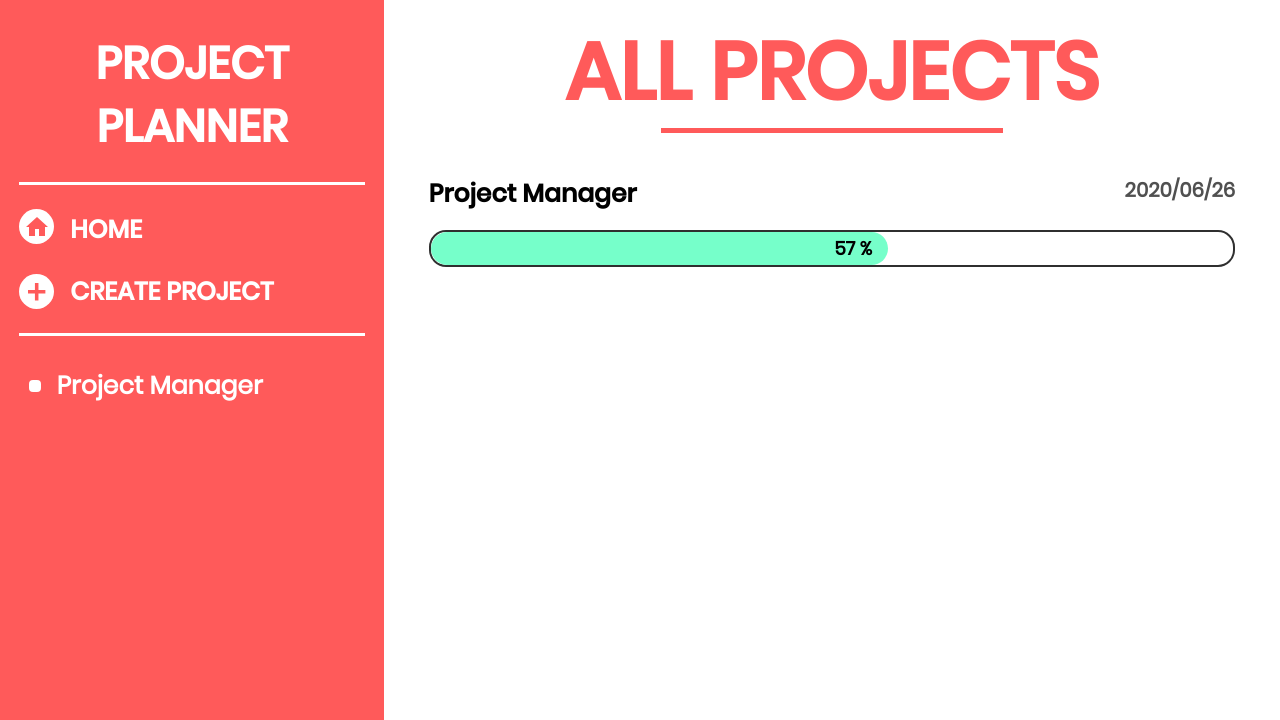
Repository: AzharMoosa/project-manager
Page: /
The author's editor kept a copy of each file at every save. The page is drawn from the files as they stood at one save, then again after the next save.
The browser window is 1280 px wide. The pictures show the whole page.
The project was rebuilt for these pictures with package versions that can differ from the ones it lists, and the page was loaded fresh each time. A package was used in the major version that the imports need, not the one package.json lists. Also part of the build but not shown: src/components/current-project/Task.js, src/components/current-project/CurrentProject.js.

Above is the page before, as saved 2020-06-25 14:17:38.

### public/index.html
<!DOCTYPE html>
<html lang="en">
  <head>
    <meta charset="utf-8" />
    <link rel="icon" href="%PUBLIC_URL%/favicon.ico" />
    <meta name="viewport" content="width=device-width, initial-scale=1" />
    <meta name="theme-color" content="#000000" />
    <meta
      name="description"
      content="Web site created using create-react-app"
    />
    <link rel="apple-touch-icon" href="%PUBLIC_URL%/logo192.png" />

    <link rel="manifest" href="%PUBLIC_URL%/manifest.json" />

    <title>Project Planner</title>
  </head>
  <body>
    <noscript>You need to enable JavaScript to run this app.</noscript>
    <div id="root"></div>
  </body>
</html>

### src/App.js
import React from "react";
import Sidebar from "./components/sidebar/Siebar";
import Main from "./components/Main";
import Modal from "./components/modal/Modal";
import { ProjectProvider } from "./ProjectContext";
import { SelectedProjectProvider } from "./SelectedProjectContext";
import { BrowserRouter } from "react-router-dom";

import "./App.css";

function App() {
  return (
    <BrowserRouter>
      <ProjectProvider>
        <SelectedProjectProvider>
          <div className='container'>
            <Sidebar />
            <Main />
            <Modal />
          </div>
        </SelectedProjectProvider>
      </ProjectProvider>
    </BrowserRouter>
  );
}

export default App;

### src/components/sidebar/Siebar.js
import React from "react";
import Header from "./Header";
import ProjectList from "../project-list/ProjectList";

const Siebar = () => {
  return (
    <div className='sidebar'>
      <Header />
      <ProjectList />
    </div>
  );
};

export default Siebar;

### src/components/Main.js
import React from "react";
import { Switch, Route } from "react-router-dom";
import Home from "./home/Home";
import CurrentProject from "./current-project/CurrentProject";

const Main = () => {
  return (
    <Switch>
      <Route exact path='/' component={Home}></Route>
      <Route exact path='/project' component={CurrentProject}></Route>
    </Switch>
  );
};

export default Main;

### src/components/modal/Modal.js
import React, { useContext, useState } from "react";
import { ProjectContext } from "../../ProjectContext";

const Modal = () => {
  // eslint-disable-next-line
  const [projects, setProjects] = useContext(ProjectContext);
  const [projectTitle, setProjectTitle] = useState("");
  const [projectOverview, setProjectOverview] = useState("");

  const hidePopup = () => {
    let popup = document.querySelector(".create-project-popup");
    popup.classList.add("hide");
  };

  const createProject = (e) => {
    if (projectTitle === "") {
      return;
    }
    e.preventDefault();
    let newProject = {
      name: projectTitle,
      overview: projectOverview,
      tools: [],
      progress: 0,
      tasks: [],
      date: "",
      id: Math.floor(Math.random() * 100),
    };
    setProjects((projects) => [...projects, newProject]);
    setProjectTitle("");
    setProjectOverview("");
    clearTitleInput();
    clearOverviewInput();
    hidePopup();
  };

  const clearTitleInput = () => {
    let titleInput = document.querySelector(".title-input");
    titleInput.value = "";
  };

  const clearOverviewInput = () => {
    let overviewInput = document.querySelector(".overview-input");
    overviewInput.value = "";
  };

  return (
    <div className='create-project-popup hide'>
      <div className='create-project-popup-content'>
        <h1>CREATE PROJECT</h1>
        <form className='form-input'>
          <label htmlFor='title'>PROJECT TITLE</label>
          <input
            type='text'
            onChange={(e) => setProjectTitle(e.target.value)}
            className='title-input'
          />
          <label htmlFor='title'>PROJECT OVERVIEW</label>
          <textarea
            type='text'
            onChange={(e) => setProjectOverview(e.target.value)}
            className='overview-input'
          />
          <button className='create-btn' onClick={createProject}>
            CREATE
          </button>
        </form>
      </div>
    </div>
  );
};

export default Modal;

### src/ProjectContext.js
import React, { useState, createContext } from "react";

export const ProjectContext = createContext();

export const ProjectProvider = (props) => {
  // const [projects, setProjects] = useState(
  //   localStorage.getItem("myValueInLocalStorage") || []
  // );

  const [projects, setProjects] = useState([
    {
      name: "Project Manager",
      overview:
        "A project management application which allows you to plan personal projects and track its progress.  Create detail plans of projects before developing projects.",
      tools: ["HTML", "CSS", "JAVASCRIPT", "REACT"],
      progress: 57,
      tasks: [
        { task: "Create Project Plans", complete: true, id: 1 },
        { task: "Todo List for Each Project", complete: false, id: 2 },
        { task: "Track Progress", complete: true, id: 3 },
        { task: "Priority List", complete: true, id: 4 },
        { task: "Choose Tools In Each Project", complete: false, id: 5 },
        { task: "Clean And Simple Design", complete: true, id: 6 },
        { task: "Use REACT", complete: false, id: 7 },
      ],
      date: "2020-06-26",
      id: 28392,
    },
  ]);

  React.useEffect(() => {
    localStorage.setItem("projects", projects);
  }, [projects]);

  return (
    <ProjectContext.Provider value={[projects, setProjects]}>
      {props.children}
    </ProjectContext.Provider>
  );
};

### src/SelectedProjectContext.js
import React, { useState, createContext } from "react";

export const SelectedProjectContext = createContext();

export const SelectedProjectProvider = (props) => {
  const [selectedProject, setSelectedProject] = useState({
    name: "Error 404",
    overview: "Create a new project by using the button on the left.",
    tools: ["Error 404"],
    progress: 0,
    tasks: [
      {
        task: "Create a new project by using the button on the left.",
        id: 1,
        complete: false,
      },
    ],
    color: "",
    date: "",
    id: 21,
  });

  return (
    <SelectedProjectContext.Provider
      value={[selectedProject, setSelectedProject]}
    >
      {props.children}
    </SelectedProjectContext.Provider>
  );
};

### src/App.css
:root {
  --red: #ff5a5a;
  --green: #76ffca;
  --blue: #76daff;
  --yellow: #fffa76;
  --purple: #ab76ff;
}

/* CSS RESET */

* {
  margin: 0;
  padding: 0;
  box-sizing: border-box;
}

/* Fonts */

@font-face {
  font-family: "Poppins-Med";
  src: url("./fonts/Poppins-Medium.ttf");
}

@font-face {
  font-family: "Poppins-Reg";
  src: url("./fonts/Poppins-Regular.ttf");
}

/* Body */

body {
  font-family: "Poppins-Reg";
  line-height: 1.4;
}

/* Utilities */

/* Bullet Points */

.white:before {
  content: " ";
  height: 12px;
  width: 12px;
  margin-right: 1rem;
  border-radius: 4px;
  background-color: #fff;
}

/* Container */
.container {
  display: flex;
}

/* Sidebar */
.sidebar {
  width: 30vw;
  background-color: var(--red);
  min-height: 100vh;
  color: #fff;
}

.title {
  font-size: 45px;
  font-family: "Poppins-Med";
  text-align: center;
  padding-top: 2rem;
}

.nav-btns::after,
.nav-btns:before {
  content: " ";
  display: block;
  border-bottom: 3px solid #fff;
  width: 100%;
  margin: 1.5rem auto;
}

.nav-btns {
  width: 90%;
  margin: auto;
}

.home-btn,
.create-project-btn {
  display: flex;
  align-items: center;
  margin-top: 1.5rem;
}

.home-btn h3,
.create-project-btn h3 {
  margin-left: 1rem;
  font-family: "Poppins-Med";
  font-size: 25px;
}

.home-btn svg,
.create-project-btn svg {
  cursor: pointer;
}

/* Home */

.home {
  width: 70vw;
  display: flex;
  flex-direction: column;
}

.home-title {
  font-size: 80px;
  font-family: "Poppins-Med";
  color: var(--red);
  text-align: center;
  margin-top: 1rem;
}

.home-title:after {
  content: " ";
  display: block;
  border-bottom: 5px solid var(--red);
  width: 342px;
  margin: 0 auto 1.5rem auto;
}

/* Selected Project */

.selected-project {
  width: 70vw;
  display: flex;
  flex-direction: column;
  padding: 2rem 3rem;
}

.selected-project-head {
  display: flex;
  align-items: center;
  justify-content: space-between;
}

.selected-project-title {
  color: var(--red);
  font-size: 60px;
  font-family: "Poppins-Med";
}

.selected-project h3 {
  font-size: 30px;
  font-family: "Poppins-Med";
  margin-top: 1rem;
}

.selected-project-heading:after,
.tools:before {
  content: " ";
  display: block;
  border-bottom: 1px solid #000;
  padding: 0.5rem 0;
}

.overview {
  color: #4e4e4e;
  font-size: 25px;
  font-family: "Poppins-Reg";
  padding: 0.5rem 0;
  outline: none;
  border: none;
  resize: none;
}

.tools-head {
  display: flex;
  justify-content: space-between;
  align-items: center;
  border-bottom: 1px solid #000;
  padding-bottom: 1rem;
}

.tools-input {
  margin-top: 1rem;
  display: flex;
  justify-content: center;
  align-items: center;
}

.add-tools {
  width: 346px;
  height: 29px;
  background-color: #f8f8f8;
  border: 1px solid #959595;
  border-radius: 15px;
  margin-right: 1rem;
  font-size: 15px;
  outline: none;
  padding: 0 1rem;
}

.add-tool-btn {
  cursor: pointer;
}

.tools-body {
  text-transform: uppercase;
  border-bottom: 1px solid #000;
}

.tools-body h3 {
  font-family: "Poppins-Reg";
  padding-bottom: 1rem;
  color: #4e4e4e;
  font-size: 25px;
}

.tasks-title {
  display: flex;
  align-items: center;
  border-bottom: 1px solid #000;
  padding-bottom: 1rem;
}

.bullet-point {
  border-radius: 50%;
  width: 41px;
  height: 41px;
  border: 3px solid #000;
  cursor: pointer;
  margin-right: 1rem;
}

.complete {
  background: var(--blue);
}

.not-complete {
  background: #fff;
}

.task {
  display: flex;
  justify-content: space-between;
  align-items: center;
}

.task-name {
  width: 100%;
  display: flex;
  align-items: center;
}

.task-name h3 {
  font-size: 25px;
  font-family: "Poppins-Reg";
  margin-bottom: 1rem;
}

.tasks {
  margin: 1rem 0;
}

.delete-task-btn {
  cursor: pointer;
  border-radius: 50%;
  width: 33px;
  height: 33px;
  border: 2px solid #000;
  cursor: pointer;
  background-color: var(--red);
  color: #fff;
  display: flex;
  justify-content: center;
  align-items: center;
}

.add-tasks {
  border-top: 1px solid #000;
  border-bottom: 1px solid #000;
  padding: 1rem 0;
  display: flex;
  align-items: center;
}

.add-tasks input {
  background: transparent;
  font-family: "Poppins-Med";
  border: none;
  font-size: 30px;
  outline: none;
  color: #000;
  margin-left: 1rem;
}

.add-tasks input::placeholder {
  color: #000;
  opacity: 0.7;
}

.add-tasks-btn {
  cursor: pointer;
  outline: none;
}

.date {
  display: flex;
  align-items: center;
  border-bottom: 1px solid #000;
}

.date h3 {
  margin-bottom: 1rem;
  margin-right: 1rem;
}

.date input {
  width: 200px;
  height: 46px;
  border-radius: 14px;
  border: 1px solid #707070;
  padding: 0 1rem;
  font-size: 16px;
}

/* Project Sidebar List */

.project-side {
  width: 85%;
  margin: 2rem auto;
  display: flex;
  align-items: center;
  cursor: pointer;
}

.project-side h3 {
  font-size: 25px;
}

/* Progress Bar */
.progressbar {
  width: 90%;
  background-color: #fff;
  border: 2px solid #2f2f2f;
  border-radius: 17px;
  margin: 0 auto 2rem auto;
}

.progressbar > div {
  background-color: var(--green);
  height: 33px;
  border-radius: 17px;
}

.progressbar > div h3 {
  display: flex;
  justify-content: flex-end;
  align-items: center;
  line-height: 1.8;
  margin-right: 1rem;
}

/* Project List */

.project-title {
  width: 90%;
  margin: 1.2rem auto;
  display: flex;
  justify-content: space-between;
}

.project-title h3 {
  font-size: 25px;
  font-family: "Poppins-Med";
}

.project-title h4 {
  font-size: 20px;
  font-family: "Poppins-Reg";
  color: #505050;
}

/* Create Project Popup */

.hide {
  display: none !important;
}

.create-project-popup {
  display: flex;
  justify-content: center;
  align-items: center;
  position: fixed;
  z-index: 1;
  left: 0;
  top: 0;
  width: 100%;
  height: 100%;
  background-color: rgb(0, 0, 0);
  background-color: rgba(99, 99, 99, 0.6);
}

.create-project-popup-content {
  background-color: var(--red);
  padding: 20px;
  border: 3px solid #343434;
  min-width: 526px;
  min-height: 617px;
  color: #fff;
  -webkit-box-shadow: 10px 10px 6px 0px rgba(0, 0, 0, 0.75);
  -moz-box-shadow: 10px 10px 6px 0px rgba(0, 0, 0, 0.75);
  box-shadow: 10px 10px 6px 0px rgba(0, 0, 0, 0.75);
}

.create-project-popup-content h1 {
  text-align: center;
}

.create-project-popup-content h1:after {
  content: " ";
  display: block;
  border-bottom: 3px solid #fff;
  width: 250px;
  margin: 0 auto 1.5rem auto;
}

.form-input {
  width: 100%;
  display: flex;
  flex-direction: column;
  justify-content: center;
}

.form-input label {
  font-size: 25px;
  font-family: "Poppins-Med";
}

.form-input input {
  height: 46px;
  background-color: transparent;
  border: 2px solid #fff;
  outline: none;
  color: #fff;
  font-size: 21px;
  padding: 0 0.5rem;
  width: 100%;
  margin-bottom: 2rem;
}

.form-input textarea {
  height: 202px;
  background-color: transparent;
  border: 2px solid #fff;
  outline: none;
  color: #fff;
  font-size: 21px;
  padding: 0.5rem 0.5rem;
  width: 100%;
  margin-bottom: 2rem;
  font-family: "Poppins-Reg";
}

.create-btn {
  background-color: var(--green);
  width: 155px;
  height: 48px;
  border-radius: 24px;
  border: none;
  font-size: 22px;
  margin: 2rem auto 0 auto;
  cursor: pointer;
  outline: none;
}

.delete-btn {
  background-color: var(--red);
  width: 155px;
  height: 48px;
  border-radius: 24px;
  border: none;
  font-size: 22px;
  cursor: pointer;
  outline: none;
  color: #fff;
}

### src/components/sidebar/Header.js
import React, { useContext } from "react";
import { SelectedProjectContext } from "../../SelectedProjectContext";
import { ProjectContext } from "../../ProjectContext";
import { Link } from "react-router-dom";

const Header = () => {
  // eslint-disable-next-line
  const [selectedProject, setSelectedProject] = useContext(
    SelectedProjectContext
  );

  const [projects, setProjects] = useContext(ProjectContext);

  const updateProjects = () => {
    let updatedArray = [...projects];
    let i;
    updatedArray.map((p) =>
      p.name === selectedProject.name ? (i = projects.indexOf(p)) : null
    );
    updatedArray[i] = selectedProject;
    setProjects(updatedArray);
  };

  const displayPopup = () => {
    let popup = document.querySelector(".create-project-popup");
    popup.classList.remove("hide");
  };

  return (
    <div>
      <h1 className='title'>PROJECT PLANNER</h1>
      <div className='nav-btns'>
        <div className='home-btn'>
          <Link to='/'>
            <svg
              xmlns='http://www.w3.org/2000/svg'
              width='35'
              height='35'
              viewBox='0 0 35 35'
              onClick={updateProjects}
            >
              <g
                id='Home_Btn'
                data-name='Home Btn'
                transform='translate(-139 -182)'
              >
                <circle
                  id='Ellipse_1'
                  data-name='Ellipse 1'
                  cx='17.5'
                  cy='17.5'
                  r='17.5'
                  transform='translate(139 182)'
                  fill='#fff'
                />
                <path
                  id='icons8-home'
                  d='M12,2.1,1,12H4v9h6V14h4v7h6V12h3Z'
                  transform='translate(145 187.9)'
                  fill='#ff5a5a'
                />
              </g>
            </svg>
          </Link>
          <h3>HOME</h3>
        </div>

        <div className='create-project-btn'>
          <svg
            xmlns='http://www.w3.org/2000/svg'
            width='35'
            height='35'
            viewBox='0 0 35 35'
            onClick={displayPopup}
          >
            <g id='Group_6' data-name='Group 6' transform='translate(-50 -242)'>
              <circle
                id='Ellipse_2'
                data-name='Ellipse 2'
                cx='17.5'
                cy='17.5'
                r='17.5'
                transform='translate(50 242)'
                fill='#fff'
              />
              <path
                id='icons8-plus'
                d='M8.922,2V8.922H2v1.538H8.922v6.922h1.538V10.461h6.922V8.922H10.461V2Z'
                transform='translate(58 250)'
                fill='#ff5a5a'
                stroke='#ff5a5a'
                strokeWidth='2'
                fillRule='evenodd'
              />
            </g>
          </svg>
          <h3>CREATE PROJECT</h3>
        </div>
      </div>
    </div>
  );
};

export default Header;

### src/components/project-list/ProjectList.js
import React, { useContext } from "react";
import { ProjectContext } from "../../ProjectContext";
import ProjectSide from "./ProjectSide";

const ProjectList = () => {
  // eslint-disable-next-line
  const [projects, setProjects] = useContext(ProjectContext);

  return (
    <div>
      {projects.map((project) => (
        <ProjectSide
          name={project.name}
          color={project.color}
          key={project.id}
          project={project}
        />
      ))}
    </div>
  );
};

export default ProjectList;

### src/components/home/Home.js
import React, { useContext } from "react";
import ProgectProgress from "./ProjectProgress";
import { ProjectContext } from "../../ProjectContext";

const Home = () => {
  // eslint-disable-next-line
  const [projects, setProjects] = useContext(ProjectContext);

  return (
    <div className='home'>
      <h1 className='home-title'>ALL PROJECTS</h1>
      {projects.map((project) => (
        <ProgectProgress
          name={project.name}
          date={project.date}
          progress={project.progress}
          key={project.id}
          project={project}
        />
      ))}
    </div>
  );
};

export default Home;

### src/components/project-list/ProjectSide.js
import React, { useContext } from "react";
import { SelectedProjectContext } from "../../SelectedProjectContext";
import { ProjectContext } from "../../ProjectContext";
import { Link } from "react-router-dom";

const Project = ({ name, color, project }) => {
  // eslint-disable-next-line
  const [selectedProject, setSelectedProject] = useContext(
    SelectedProjectContext
  );

  const [projects, setProjects] = useContext(ProjectContext);

  const updateProjects = () => {
    let updatedArray = [...projects];
    let i;
    updatedArray.map((p) =>
      p.name === selectedProject.name ? (i = projects.indexOf(p)) : null
    );
    updatedArray[i] = selectedProject;
    setProjects(updatedArray);
  };

  return (
    <Link to='/project' style={{ textDecoration: "none", color: "#fff" }}>
      <div className={`project-side white`}>
        <h3
          onClick={() => {
            updateProjects();
            setSelectedProject(project);
          }}
        >
          {name}
        </h3>
      </div>
    </Link>
  );
};

export default Project;

### src/components/home/ProjectProgress.js
import React, { useContext } from "react";
import { SelectedProjectContext } from "../../SelectedProjectContext";
import { Link } from "react-router-dom";
import ProgressBar from "./ProgressBar";

const ProgectProgress = ({ name, date, progress, project }) => {
  // eslint-disable-next-line
  const [selectedProject, setSelectedProject] = useContext(
    SelectedProjectContext
  );
  return (
    <div className='project-progress'>
      <div className='project-title'>
        <Link to='/project' style={{ textDecoration: "none", color: "#000" }}>
          <h3 onClick={() => setSelectedProject(project)}>{name}</h3>
        </Link>
        <h4>{date.replace(/-/g, "/")}</h4>
      </div>
      <ProgressBar progress={progress} />
    </div>
  );
};

export default ProgectProgress;

### src/components/home/ProgressBar.js
import React from "react";

const ProgressBar = ({ progress }) => {
  return (
    <div className='progressbar'>
      <div
        style={
          progress > 6
            ? { width: `${progress}%` }
            : { width: "6%", backgroundColor: "#fff" }
        }
      >
        <h3>{progress} %</h3>
      </div>
    </div>
  );
};

export default ProgressBar;

Loaded but not shown: src/index.js (common file)

After the next save:
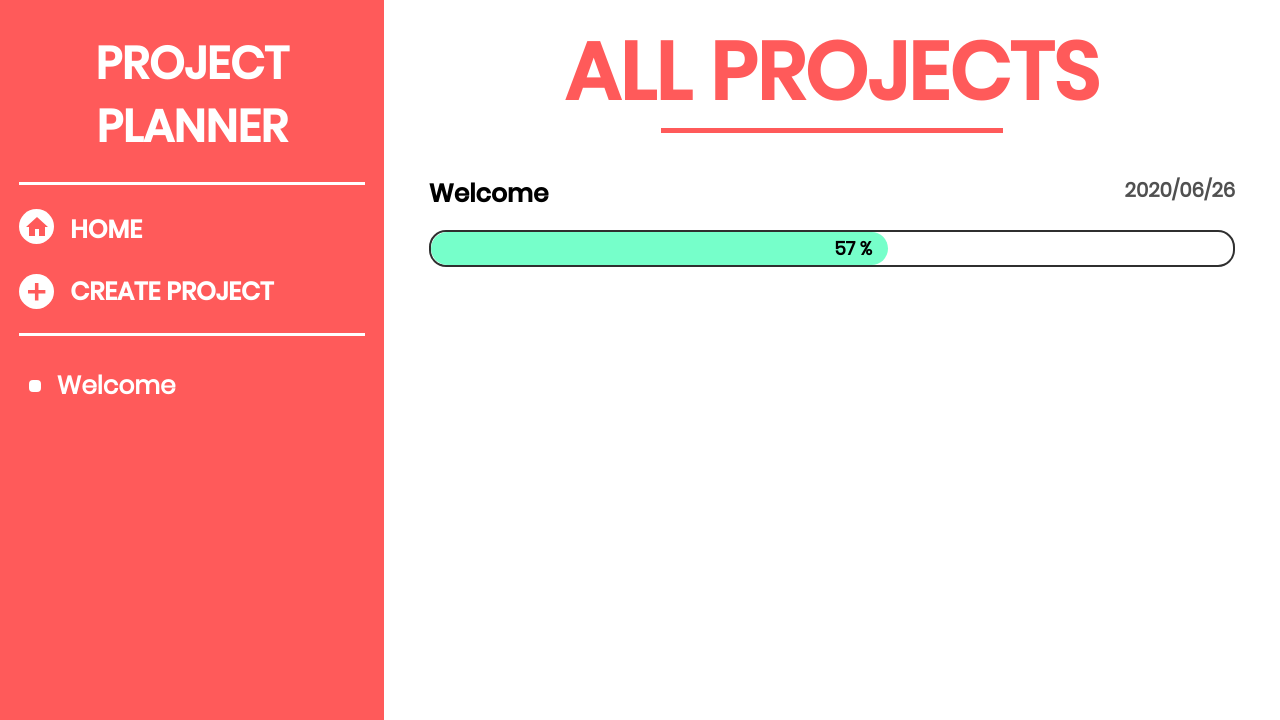
Saved 10 s later.
--- a/src/ProjectContext.js
+++ b/src/ProjectContext.js
@@ -9,7 +9,7 @@ export const ProjectProvider = (props) => {
 
   const [projects, setProjects] = useState([
     {
-      name: "Project Manager",
+      name: "Welcome",
       overview:
         "A project management application which allows you to plan personal projects and track its progress.  Create detail plans of projects before developing projects.",
       tools: ["HTML", "CSS", "JAVASCRIPT", "REACT"],
